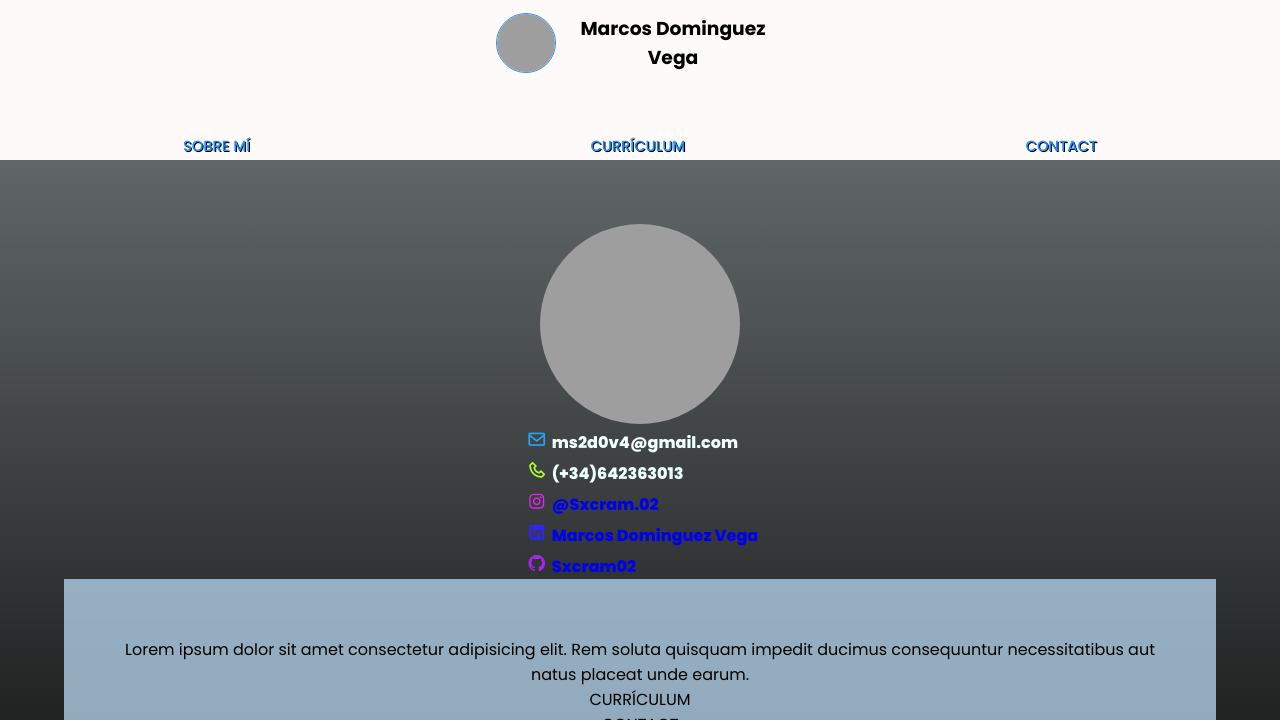
Repository: Sxcram02/Portfoliov.2
Page: index.html
These files come from the project's save history. The page is drawn as it stood at one moment and after the next save; the edit follows.
The browser window is 1280 px wide. The pictures show the whole page.
Pictures or frames that could not be fetched are drawn as grey boxes.

Above is the page before, as saved 2023-04-11 00:41:24.

### index.html
<!DOCTYPE html>
<html lang="en">
<head>
    <meta charset="UTF-8">
    <meta http-equiv="X-UA-Compatible" content="IE=edge">
    <meta name="viewport" content="width=device-width, initial-scale=1.0">
    <link rel="stylesheet" href="css/style.css" />
    <link rel="shortcut icon" href="https://picsum.photo/160" type="image/x-icon" />
    <link rel="stylesheet" href="https://unpkg.com/boxicons@latest/css/boxicons.min.css" />
    <title>miPortFolio</title>
</head>
<body>
    <div class="root">
        <header>
            <div class="box-porfile">
                <img src="https://picsum.photos/200" alt="porfile" />
                <h3 class="name">Marcos Dominguez Vega</h3>
            </div>
            <nav>
                <ul class="nav-bar">
                    <li><a href="">SOBRE MÍ</a></li>
                    <li><a href="">CURRÍCULUM</a></li>
                    <li><a href="">CONTACT</a></li>
                </ul>
            </nav>
        </header>
        <main>
            <section class="sobreMi">
                <article class="box-image">
                    <img src="https://picsum.photos/200" alt="porfile" />
                    <ul class="redes">
                        <li><i class='bx bx-envelope' style='color:#24a7ef;' ></i>ms2d0v4@gmail.com</li>
                        <li><i class='bx bx-phone' style="color:greenyellow; "></i>(+34)642363013</li>
                        <li><i class='bx bxl-instagram' style='color:#e624ef;'  ></i><a href="https://intagram.com/sxcram.02">@Sxcram.02</a></li>
                        <li><i class='bx bxl-linkedin-square' style='color:#3124ef'  ></i><a href="https://www.linkedin.com/in/marcos-dominguez-vega-82402626b/">Marcos Dominguez Vega</a></li>
                        <li><i class='bx bxl-github' style='color:#aa24ef'  ></i><a href="https://github.com/Sxcram02">Sxcram02</a></li>
                    </ul>
                </article>
                <article class="info">
                    <p>Lorem ipsum dolor sit amet consectetur adipisicing elit. Rem soluta quisquam impedit ducimus consequuntur necessitatibus aut natus placeat unde earum.</p>
                    <ul class="nav-bar2">
                        <li>CURRÍCULUM</li>
                        <li>CONTACT</li>
                    </ul>
                </article>
            </section>
        </main>
    </div>
</body>
</html>

### css/style.css
@import url('https://fonts.googleapis.com/css2?family=Poppins:ital,wght@0,400;0,500;0,600;0,700;0,800;0,900;1,400&display=swap');

* {
    margin: 0;
    padding: 0;
    box-sizing: border-box;
    font-family: 'Poppins',sans-serif;
    list-style: none;
    text-decoration: none;
}

.root {
    width: 100vw;
    height: 100vh;
    background-color: azure;
    overflow: hidden;
}

header {
    width: 100%;
    height: 10em;
    padding: 1%;
    background-color: snow;
    display: flex;
    flex-direction: column;
    align-items: center;
}

.box-porfile {
    display: flex;
    align-items: center;
    text-align: center;
}

.box-porfile > img {
    width: 60px;
    height: 60px;
    border-radius: 100%;
    margin-left: 2%;
    border: 1px solid dodgerblue;
}

.box-porfile > img:hover {
    border: 1px solid orange;
    transition: all 0.3s;
}

nav {
    width: 100%;
    margin-top: 5%;
}

.nav-bar {
    display: flex;
    align-items: center;
    justify-content: space-around;
    font-weight: 500;
    text-shadow: 1px 1px black;
    font-size: 11pt;
}

.nav-bar li > a {
    border-radius: 10px;
    padding: 10px;
    cursor: pointer;
    color: dodgerblue;
}

.nav-bar li:hover > a {
    background-color: rgba(128, 128, 128, 0.604);
    color:orange;
    transition: all 0.3s;
}

main {
    width: 100vw;
    height: 100vh;
}

.sobreMi {
    height: 100vh;
    padding: 5%;
    background: linear-gradient(180deg,rgba(0, 0, 0, 0.599),rgba(0, 0, 0, 0.943));
    display: grid;
    grid-template-columns: 1,1fr;
    grid-template-rows: repeat(2,1fr);
}

.box-image {
    height: 50%;
    grid-column: 1/2;
    grid-row: 1/2;
    display: flex;
    flex-direction: column;
    align-items: center;
    font-size: 12pt;
    font-weight: 800;
    color: azure;
}

i {
    margin: 5px;
    font-size: 20px;
}

.box-image > img {
    border-radius: 100%;
}

.info {
    height: 70%;
    grid-column: 1/2;
    grid-row: 2/3;
    text-align: center;
    padding: 5%;
    background-color: rgba(195, 227, 254, 0.704);
}

After the next save:
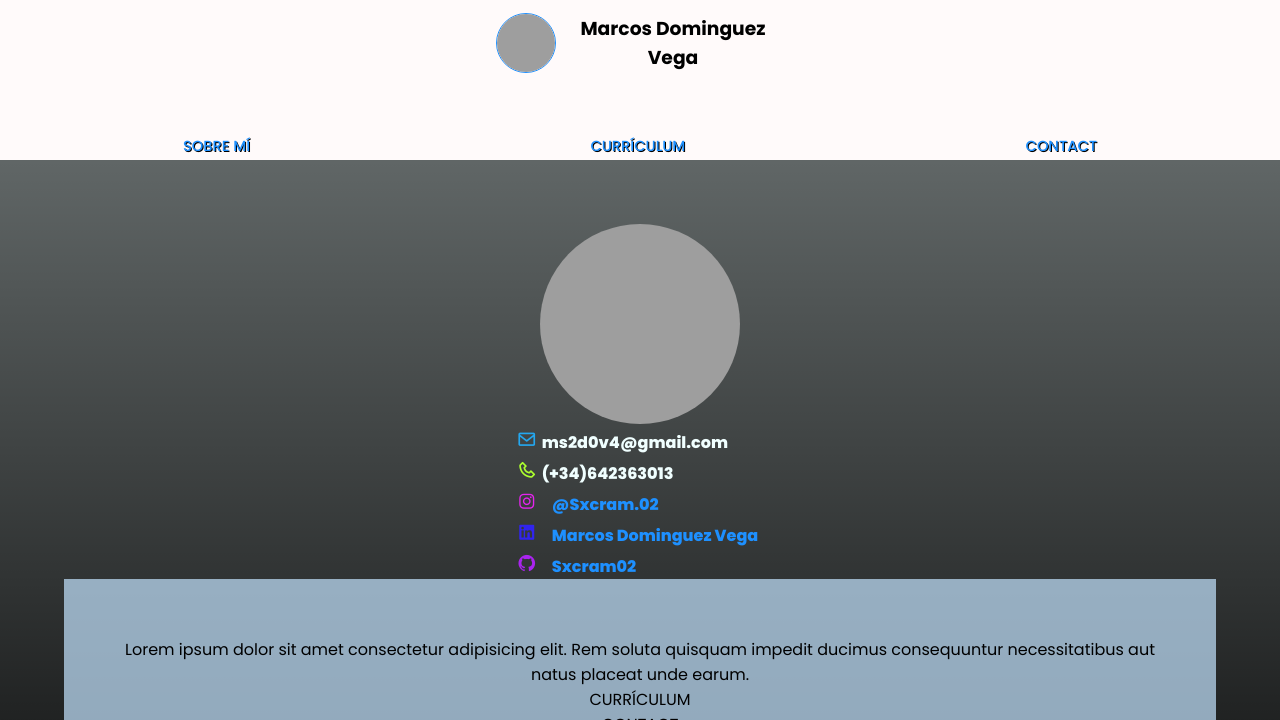
Saved 35 s later.
--- a/css/style.css
+++ b/css/style.css
@@ -59,7 +59,7 @@ nav {
     font-size: 11pt;
 }
 
-.nav-bar li > a {
+li > a {
     border-radius: 10px;
     padding: 10px;
     cursor: pointer;
